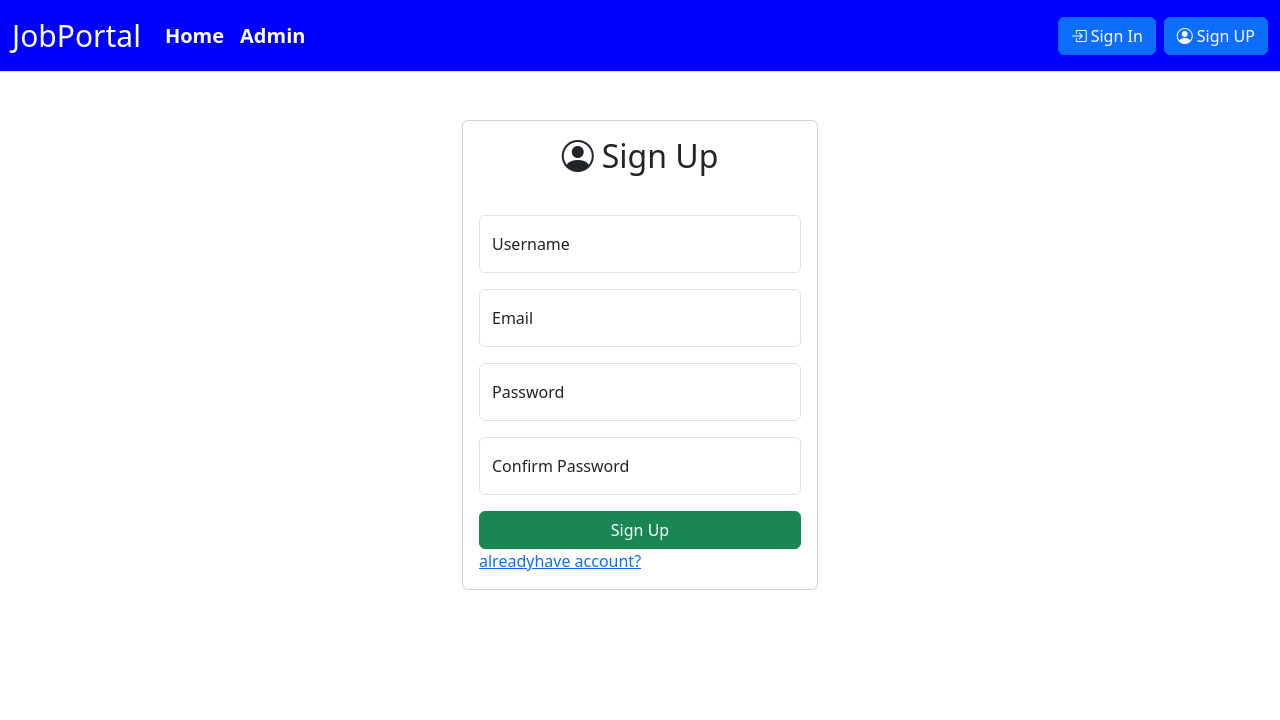
Repository: smruti12344/Job_Portal
Page: http://localhost/Job_portal/signup.jsp
These files come from the project's save history. The page is drawn as it stood at one moment and after the next save; the edit follows.
The browser window is 1280 px wide. The pictures show the whole page.
The page is served by Tomcat 9.

Above is the page before, as saved 2024-04-16 15:55:50.

After the next save:
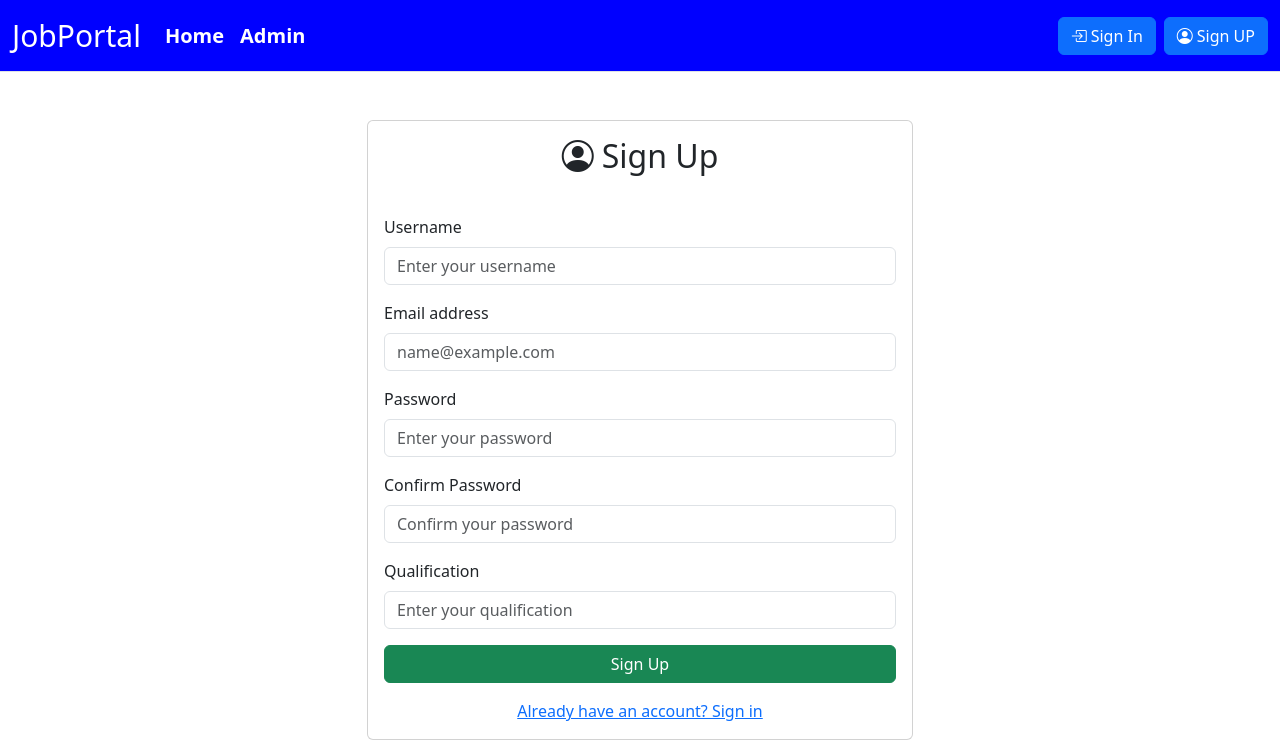
Saved 12 min 52 s later.
--- a/Job_portal/src/main/webapp/signup.jsp
+++ b/Job_portal/src/main/webapp/signup.jsp
@@ -9,38 +9,48 @@
 </head>
 <body>
 <%@include file="Components\navbar.jsp" %>
-   <div class="container mt-5">
-        <div class="row justify-content-center">
-            <div class="col-md-4">
-                <div class="card">
-                    <div class="card-body">
-                        <h2 class="text-center"><i class="bi bi-person-circle me-2"></i>Sign Up</h2>
-                    </div>
-                    <div class="card-body">
-                        <form action="register" method="post">
-                            <div class="form-floating mb-3">
-                                <input type="text" class="form-control" id="username" name="username" placeholder="username" required>
-                                <label for="username">Username</label>
-                            </div>
-                            <div class="form-floating mb-3">
-                                <input type="email" class="form-control" id="floatingInput" name="email" placeholder="name@example.com" required>
-                                <label for="floatingInput" >Email</label>
-                            </div>
-                            <div class="form-floating mb-3">
-                                <input type="password" class="form-control" id="password" name="password" placeholder="password" required>
-                                <label for="password">Password</label>
-                            </div>
-                            <div class="form-floating mb-3">
-                                <input type="password" class="form-control" id="confirm-password" placeholder="password" name="confirm-password" required>
-                                <label for="confirm-password">Confirm Password</label>
-                            </div>
-                            <button type="submit" class="btn btn-success w-100">Sign Up</button>
-                            <a href="signin.jsp">alreadyhave account?</a>
-                        </form>
-                    </div>
+
+  <div class="container mt-5">
+    <div class="row justify-content-center">
+        <div class="col-md-6">
+            <div class="card">
+                <div class="card-body">
+                    <h2 class="text-center"><i class="bi bi-person-circle me-2"></i>Sign Up</h2>
+                </div>
+                <div class="card-body">
+                    <form action="register" method="post">
+                        <div class="mb-3">
+                            <label for="username" class="form-label">Username</label>
+                            <input type="text" class="form-control" id="username" name="username" placeholder="Enter your username" required>
+                        </div>
+                        <div class="mb-3">
+                            <label for="email" class="form-label">Email address</label>
+                            <input type="email" class="form-control" id="email" name="email" placeholder="name@example.com" required>
+                        </div>
+                        <div class="mb-3">
+                            <label for="password" class="form-label">Password</label>
+                            <input type="password" class="form-control" id="password" name="password" placeholder="Enter your password" required>
+                        </div>
+                        <div class="mb-3">
+                            <label for="confirm-password" class="form-label">Confirm Password</label>
+                            <input type="password" class="form-control" id="confirm-password" name="confirm-password" placeholder="Confirm your password" required>
+                        </div>
+                        <div class="mb-3">
+                            <label for="qualification" class="form-label">Qualification</label>
+                            <input type="text" class="form-control" id="qualification" name="qualification" placeholder="Enter your qualification" required>
+                        </div>
+                        <button type="submit" class="btn btn-success w-100">Sign Up</button>
+                        <div class="text-center mt-3">
+                            <a href="signin.jsp">Already have an account? Sign in</a>
+                        </div>
+                    </form>
                 </div>
             </div>
         </div>
     </div>
+  </div>
+
+
+
 </body>
 </html>
